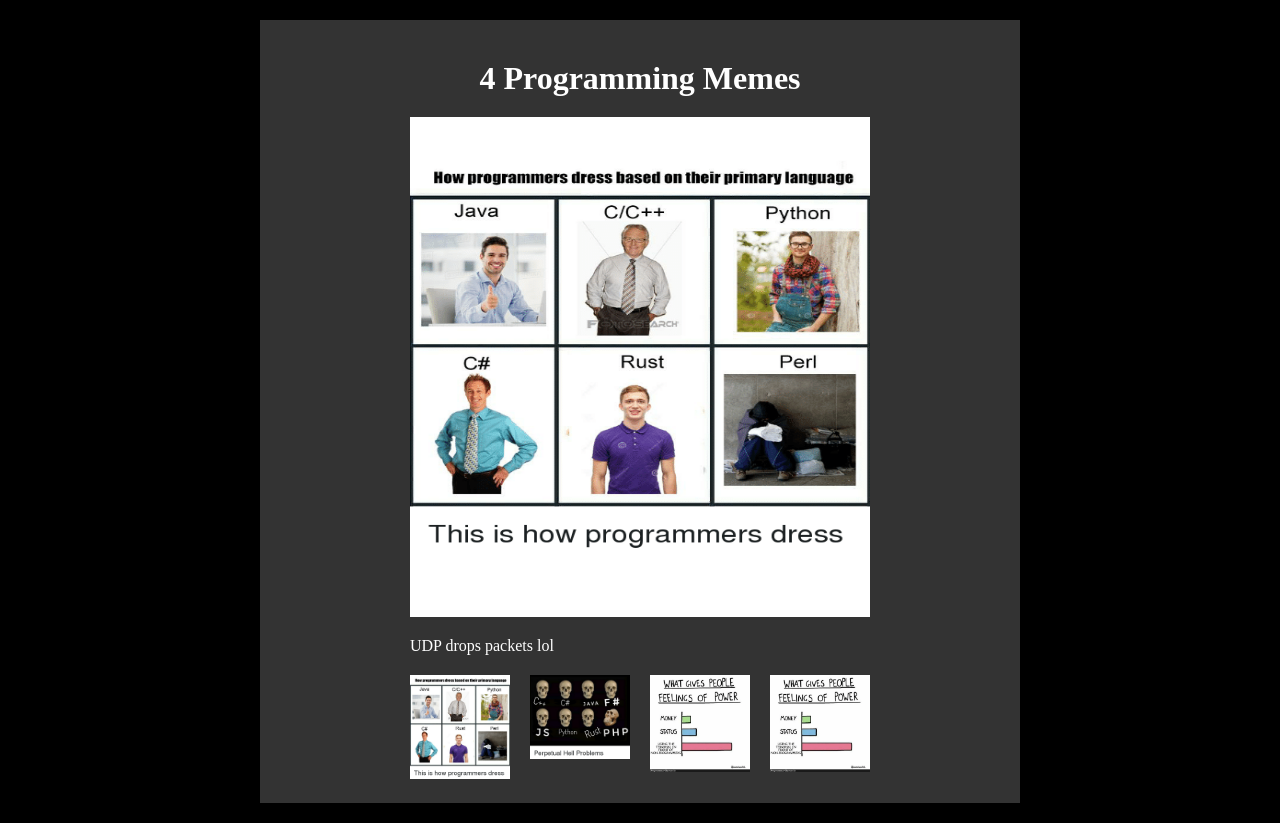
Repository: apopheny/JS230
Page: slideshow/index.html
The author's editor kept a copy of each file at every save. The page is drawn from the files as they stood at one save, then again after the next save.
The browser window is 1280 px wide. The pictures show the whole page.

Above is the page before, as saved 2024-02-05 14:48:47.

After the next save:
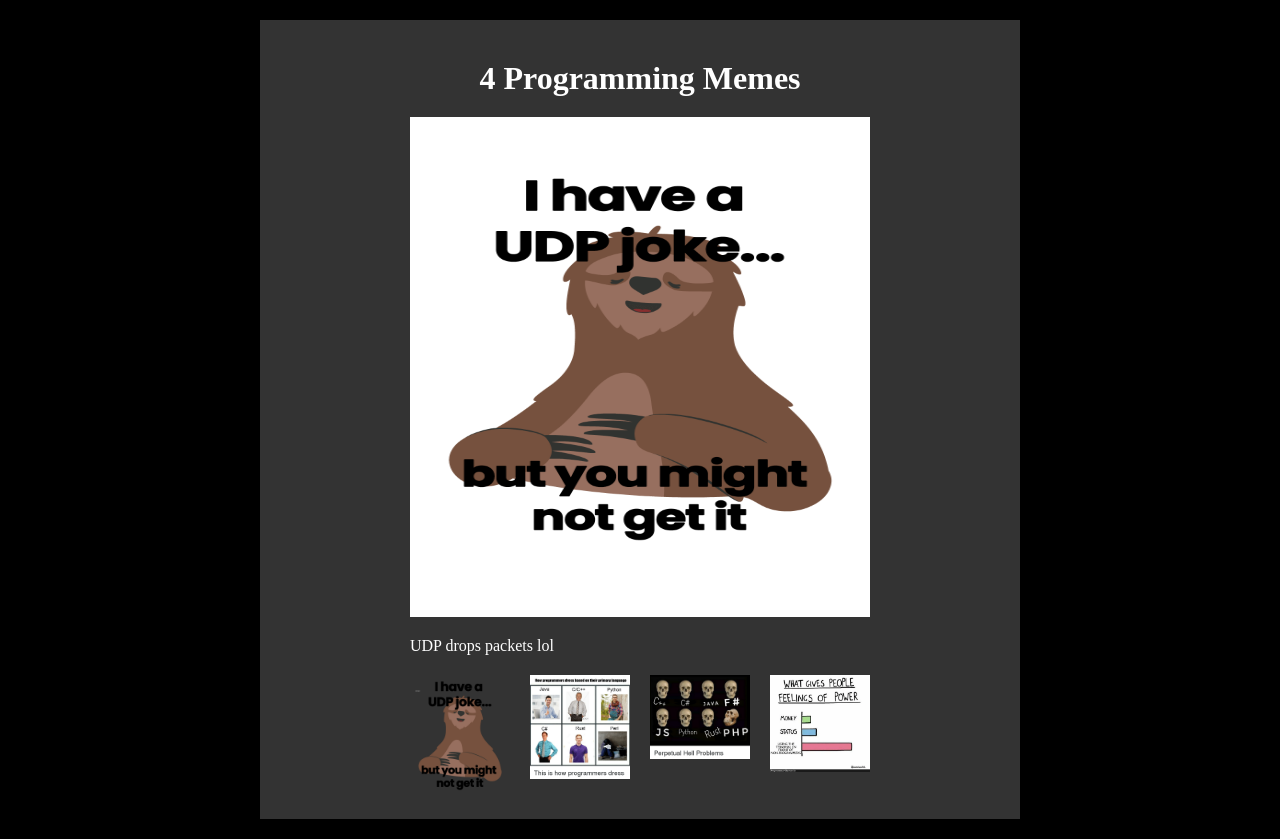
Saved 40 s later.
--- a/slideshow/javascripts/slideshow.js
+++ b/slideshow/javascripts/slideshow.js
@@ -1,19 +1,19 @@
 (function () {
   const memes = [
     {
-      id: 1,
+      id: 0,
       alt: "UDP drops packets lol",
     },
     {
-      id: 2,
+      id: 1,
       alt: "But why no JavaScript devs?",
     },
     {
-      id: 3,
+      id: 2,
       alt: "I have never used PHP but still have an opinion somehow",
     },
     {
-      id: 4,
+      id: 3,
       alt: "I am 1337 h4x0r and one day I'll learn grep and cURL",
     },
   ];
